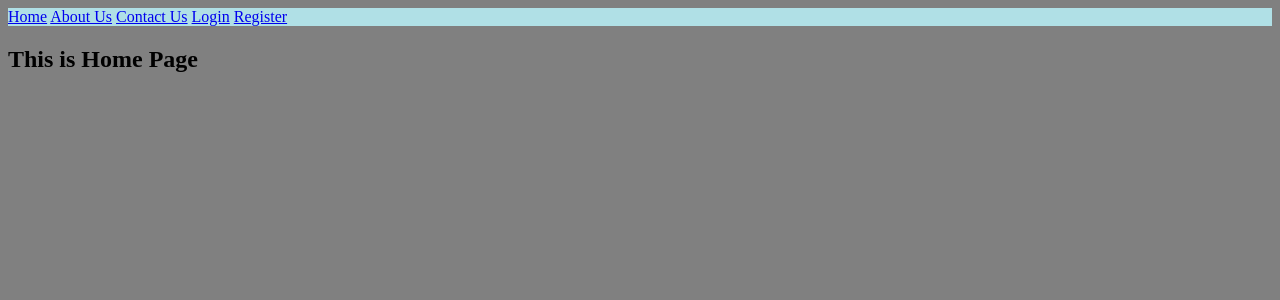
Repository: Mehakbatra496/Eclipse_Workspace
Page: http://localhost/G5_Springboot_LoginReg_ProfileApp/views/home.jsp
These files come from the project's save history. The page is drawn as it stood at one moment and after the next save; the edit follows.
The browser window is 1280 px wide. The pictures show the whole page.
The page is served by Tomcat 9. Other server files are loaded and not shown.

Above is the page before, as saved 2024-08-26 06:56:33.

### G5_Springboot_LoginReg_ProfileApp/src/main/webapp/views/home.jsp
<%@ page language="java" contentType="text/html; charset=ISO-8859-1"
    pageEncoding="ISO-8859-1"%>

<html>
    <head>
        <meta charset="ISO-8859-1">
        <title>Home</title>
        <style>

           .menubar_div {background-color: powderblue;}

        </style>
    </head>

    <body style="background-color: gray">
     			  <div class="menubar_div">
						<a href="homePage">Home</a>
						<a href="aboutUsPage">About Us</a>
						<a href="contactUsPage">Contact Us</a>
						<a href="loginPage">Login</a>
						<a href="registerPage">Register</a>
				  </div>
        <h2>This is Home Page</h2>
    </body>
</html>

After the next save:
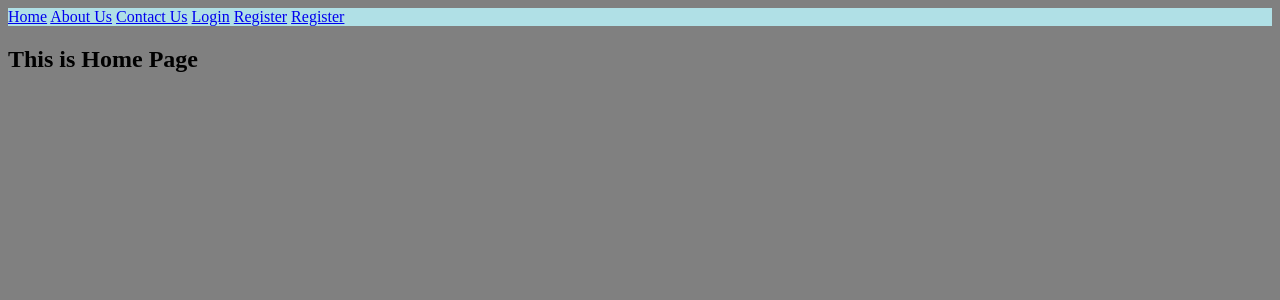
Saved 39 s later.
--- a/G5_Springboot_LoginReg_ProfileApp/src/main/webapp/views/home.jsp
+++ b/G5_Springboot_LoginReg_ProfileApp/src/main/webapp/views/home.jsp
@@ -19,6 +19,8 @@
 						<a href="contactUsPage">Contact Us</a>
 						<a href="loginPage">Login</a>
 						<a href="registerPage">Register</a>
+						<a href="registerPage">Register</a>
+
 				  </div>
         <h2>This is Home Page</h2>
     </body>
